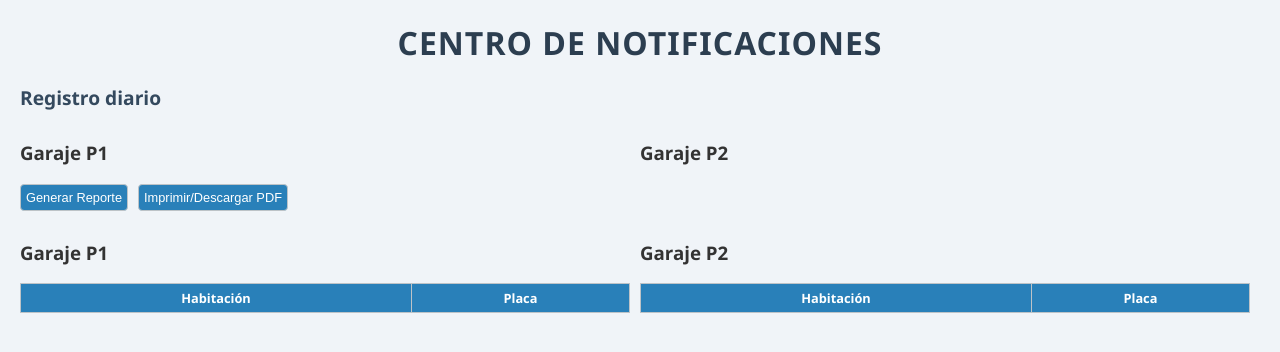
Repository: EddyWebz/REPOSITORIO-BASE-DATOS
Page: privado/report.html
An editor plug-in stored every save of this project. The page is shown before and after the next save, followed by the edit.
The browser window is 1280 px wide. The pictures show the whole page.
The page's requests for data from a server got no answer.

Above is the page before, as saved 2024-08-15 15:07:16.

### privado/report.html
<!DOCTYPE html>
<html lang="es">
<head>
    <meta charset="UTF-8">
    <meta name="viewport" content="width=device-width, initial-scale=1.0">
    <title>Notificaciones y Reportes de Vehículos</title>
    <!-- Vinculación al archivo CSS de notificaciones -->
    <link rel="stylesheet" href="/notif.css">
</head>
<body>
    <!-- Encabezado de la página -->
    <header>
        <h1>Centro de Notificaciones</h1>
    </header>

    <!-- Sección de Notificaciones Activas -->
    <section id="notificaciones">
        <h2>Registro diario</h2>
        <div class="notificaciones-garajes">
            <div class="garaje">
                <h3>Garaje P1</h3>
                <div id="notificaciones-contenedor-P1" class="notificaciones-contenedor">
                    <!-- Las notificaciones dinámicas de P1 se insertarán aquí -->
                </div>
            </div>
            <div class="garaje">
                <h3>Garaje P2</h3>
                <div id="notificaciones-contenedor-P2" class="notificaciones-contenedor">
                    <!-- Las notificaciones dinámicas de P2 se insertarán aquí -->
                </div>
            </div>
        </div>
    </section>

    <!-- Sección de Reportes -->
    <section id="reportes">
        <form id="form-reporte">
            <button type="submit">Generar Reporte</button>
            <!-- Botón de Imprimir -->
            <button type="button" id="btn-imprimir">Imprimir/Descargar PDF</button>
        </form>

        <div class="reportes-garajes">
            <div class="garaje">
                <h3>Garaje P1</h3>
                <table id="tabla-reporte-P1" class="compact-table">
                    <thead>
                        <tr>
                            <th>Habitación</th>
                            <th>Placa</th>
                        </tr>
                    </thead>
                    <tbody>
                        <!-- Las filas de datos se insertarán dinámicamente aquí -->
                    </tbody>
                </table>
            </div>

            <div class="garaje">
                <h3>Garaje P2</h3>
                <table id="tabla-reporte-P2" class="compact-table">
                    <thead>
                        <tr>
                            <th>Habitación</th>
                            <th>Placa</th>
                        </tr>
                    </thead>
                    <tbody>
                        <!-- Las filas de datos se insertarán dinámicamente aquí -->
                    </tbody>
                </table>
            </div>
        </div>
    </section>

    <!-- Vinculación al archivo JavaScript de notificaciones y reportes -->
    <script src="/report.js"></script>
</body>
</html>

### BASE-2/notif.css
/* Estilos Generales */
body {
    font-family: 'Segoe UI', Tahoma, Geneva, Verdana, sans-serif;
    background-color: #f0f4f8;
    color: #333;
    margin: 20px;
    padding: 0;
    box-sizing: border-box;
}

/* Encabezado */
header h1 {
    text-align: center;
    color: #2c3e50;
    font-size: 2em;
    margin-bottom: 20px;
    text-transform: uppercase;
    letter-spacing: 1px;
    animation: fadeIn 1s ease-in-out;
}

/* Sección de Notificaciones */
#notificaciones h2 {
    color: #34495e;
    margin-bottom: 10px;
    font-size: 1.2em;
    animation: fadeIn 1s ease-in-out;
}

.notificaciones-garajes {
    display: flex;
    justify-content: space-between; /* Permite que los contenedores de garaje ocupen todo el ancho */
}

.garaje {
    flex: 1;
    margin-right: 10px;
}

.notificaciones-contenedor {
    display: flex;
    flex-direction: column;
    gap: 5px;
    animation: slideInUp 0.5s ease-in-out;
}

.notificacion {
    background-color: #ffffff;
    border-left: 3px solid #2980b9;
    padding: 5px;
    box-shadow: 0 2px 4px rgba(0, 0, 0, 0.1);
    border-radius: 4px;
    width: 100%;  /* Ocupa todo el ancho disponible */
    transition: transform 0.3s ease, box-shadow 0.3s ease;
    cursor: pointer;
}

.notificacion:hover {
    transform: translateY(-2px);
    box-shadow: 0 4px 6px rgba(0, 0, 0, 0.15);
}

/* Sección de Reportes */
#reportes h2 {
    color: #34495e;
    margin-bottom: 10px;
    font-size: 1.2em;
    animation: fadeIn 1s ease-in-out;
}

#form-reporte {
    display: flex;
    flex-wrap: wrap;
    gap: 10px;
    margin-bottom: 10px;
}

.form-group {
    display: flex;
    flex-direction: column;
    flex: 1;
    min-width: 100px;
}

#form-reporte input, #form-reporte button {
    padding: 5px;
    border-radius: 4px;
    border: 1px solid #bdc3c7;
    font-size: 0.8em;
}

#form-reporte button {
    background-color: #2980b9;
    color: #ffffff;
    cursor: pointer;
    transition: background-color 0.3s ease, transform 0.3s ease;
}

#form-reporte button:hover {
    background-color: #3498db;
    transform: translateY(-2px);
}

/* Tablas de Reportes */
.reportes-garajes {
    display: flex;
    justify-content: space-between; /* Permite que las tablas de garaje ocupen todo el ancho */
}

.garaje {
    flex: 1;
    margin-right: 10px;
}

.compact-table {
    width: 100%;
    border-collapse: collapse;
    margin-bottom: 10px;
    font-size: 0.8em;
}

.compact-table th, .compact-table td {
    border: 1px solid #bdc3c7;
    padding: 5px;
    text-align: center;
    background-color: #ecf0f1;
    color: #2c3e50;
    transition: background-color 0.3s ease;
}

.compact-table th {
    background-color: #2980b9;
    color: white;
}

.compact-table tr:nth-child(even) {
    background-color: #f7f9f9;
}

.compact-table tr:hover {
    background-color: #e1ecf4;
}

/* Animaciones */
@keyframes fadeIn {
    0% { opacity: 0; }
    100% { opacity: 1; }
}

@keyframes slideInUp {
    0% {
        transform: translateY(30px);
        opacity: 0;
    }
    100% {
        transform: translateY(0);
        opacity: 1;
    }
}

/* Estilos específicos para impresión */
@media print {
    body {
        background-color: white; /* Asegura un fondo blanco para la impresión */
        color: black; /* Asegura que el texto sea negro */
    }

    #reportes h2, #reportes h3 {
        color: black; /* Asegura que los títulos sean visibles */
    }

    #reportes table {
        width: 100%;
        border-collapse: collapse;
    }

    #reportes th, #reportes td {
        border: 1px solid #000; /* Asegura que las líneas de la tabla sean visibles */
        padding: 5px;
        text-align: center;
        background-color: white; /* Fondo blanco para asegurar visibilidad */
        color: black; /* Texto negro para asegurar visibilidad */
    }

    #reportes th {
        background-color: #ddd; /* Fondo gris para los encabezados de tabla */
        color: black; /* Asegura que el texto sea visible */
    }

    #reportes td {
        color: black; /* Asegura que el texto sea visible */
    }

    /* Ocultar elementos no necesarios en la impresión */
    button, #form-reporte {
        display: none;
    }

    /* Ajuste para impresión en una sola página */
    #reportes {
        page-break-before: always;
    }
}

### BASE-2/report.js
document.addEventListener('DOMContentLoaded', () => {
    actualizarNotificaciones();
    generarReporteAutomatico(); // Generar el reporte automáticamente al cargar la página
    configurarFormularioReporte(); // Mantener la funcionalidad manual del reporte

    // Configurar auto-actualización cada 5 minutos para notificaciones y reporte
    setInterval(actualizarNotificaciones, 5 * 60 * 1000);
    setInterval(generarReporteAutomatico, 5 * 60 * 1000);


// Función para obtener y actualizar las notificaciones activas
function actualizarNotificaciones() {
    fetch('/api/notas/notificaciones')
        .then(response => response.json())
        .then(data => {
            console.log('Notificaciones recibidas:', data); // Para depuración

            const contenedorP1 = document.getElementById('notificaciones-contenedor-P1');
            const contenedorP2 = document.getElementById('notificaciones-contenedor-P2');
            contenedorP1.innerHTML = ''; // Limpiar contenido previo
            contenedorP2.innerHTML = ''; // Limpiar contenido previo

            data.P1.forEach(notificacion => {
                const div = document.createElement('div');
                div.classList.add('notificacion');
                div.innerHTML = `<p><strong>Habitación:</strong> ${notificacion.habitacion} <strong>Placa:</strong> ${notificacion.plate}</p>`;
                contenedorP1.appendChild(div);
            });

            data.P2.forEach(notificacion => {
                const div = document.createElement('div');
                div.classList.add('notificacion');
                div.innerHTML = `<p><strong>Habitación:</strong> ${notificacion.habitacion} <strong>Placa:</strong> ${notificacion.plate}</p>`;
                contenedorP2.appendChild(div);
            });
        })
        .catch(error => console.error('Error al obtener notificaciones:', error));
}

// Función para generar y actualizar el reporte automático de vehículos en garaje
function generarReporteAutomatico() {
    fetch('/api/notas/reportes')
        .then(response => response.json())
        .then(data => {
            console.log('Datos del reporte recibidos:', data); // Para depuración

            const tbodyP1 = document.getElementById('tabla-reporte-P1').querySelector('tbody');
            const tbodyP2 = document.getElementById('tabla-reporte-P2').querySelector('tbody');
            tbodyP1.innerHTML = ''; // Limpiar contenido previo
            tbodyP2.innerHTML = ''; // Limpiar contenido previo

            data.P1.forEach(registro => {
                const tr = document.createElement('tr');
                tr.innerHTML = `<td>${registro.habitacion}</td><td>${registro.plate}</td>`;
                tbodyP1.appendChild(tr);
            });

            data.P2.forEach(registro => {
                const tr = document.createElement('tr');
                tr.innerHTML = `<td>${registro.habitacion}</td><td>${registro.plate}</td>`;
                tbodyP2.appendChild(tr);
            });
        })
        .catch(error => console.error('Error al generar el reporte:', error));
}

// Función para configurar el formulario de generación de reportes manuales
function configurarFormularioReporte() {
    const form = document.getElementById('form-reporte');
    form.addEventListener('submit', (e) => {
        e.preventDefault();

        const fechaInicio = document.getElementById('fecha-inicio').value;
        const fechaFin = document.getElementById('fecha-fin').value;

        fetch(`/api/notas/reportes?fechaInicio=${fechaInicio}&fechaFin=${fechaFin}`)
            .then(response => response.json())
            .then(data => {
                console.log('Datos del reporte recibidos:', data); // Para depuración

                const tbodyP1 = document.getElementById('tabla-reporte-P1').querySelector('tbody');
                const tbodyP2 = document.getElementById('tabla-reporte-P2').querySelector('tbody');
                tbodyP1.innerHTML = ''; // Limpiar contenido previo
                tbodyP2.innerHTML = ''; // Limpiar contenido previo

                data.P1.forEach(registro => {
                    const tr = document.createElement('tr');
                    tr.innerHTML = `<td>${registro.habitacion}</td><td>${registro.plate}</td>`;
                    tbodyP1.appendChild(tr);
                });

                data.P2.forEach(registro => {
                    const tr = document.createElement('tr');
                    tr.innerHTML = `<td>${registro.habitacion}</td><td>${registro.plate}</td>`;
                    tbodyP2.appendChild(tr);
                });
            })
            .catch(error => console.error('Error al generar el reporte:', error));
    });
}


    // Configurar botón de impresión/descarga
    document.getElementById('btn-imprimir').addEventListener('click', imprimirReporte);

// Configurar botón de impresión/descarga
document.getElementById('btn-imprimir').addEventListener('click', imprimirReporte);
    // Refrescar la página después de cerrar el cuadro de diálogo de impresión
    window.addEventListener('afterprint', function() {
        window.location.reload();
    });
// Función para imprimir o descargar el reporte como PDF
function imprimirReporte() {
    // Verificar si la página ya ha sido recargada
    if (!window.location.hash) {
        window.location = window.location + '#imprimir';
        window.location.reload();
    } else {
        // Si ya ha sido recargada, procede a imprimir solo la parte del reporte
        const printContents = document.getElementById('reportes').innerHTML;
        const originalContents = document.body.innerHTML;

        document.body.innerHTML = printContents;
        window.print();
        document.body.innerHTML = originalContents;

        // Esto es para evitar que la URL tenga el hash #imprimir
        window.history.replaceState('', document.title, window.location.pathname);
    }
}

});

After the next save:
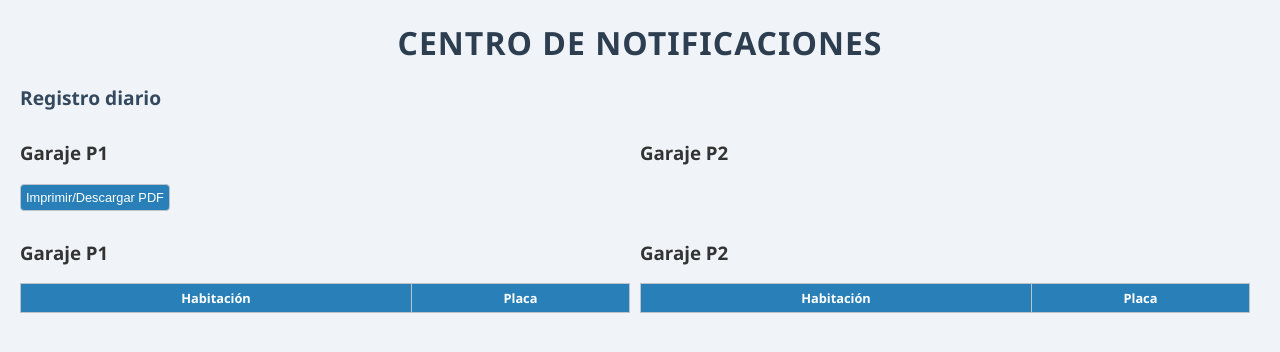
Saved 37 s later.
--- a/privado/report.html
+++ b/privado/report.html
@@ -35,7 +35,6 @@
     <!-- Sección de Reportes -->
     <section id="reportes">
         <form id="form-reporte">
-            <button type="submit">Generar Reporte</button>
             <!-- Botón de Imprimir -->
             <button type="button" id="btn-imprimir">Imprimir/Descargar PDF</button>
         </form>
